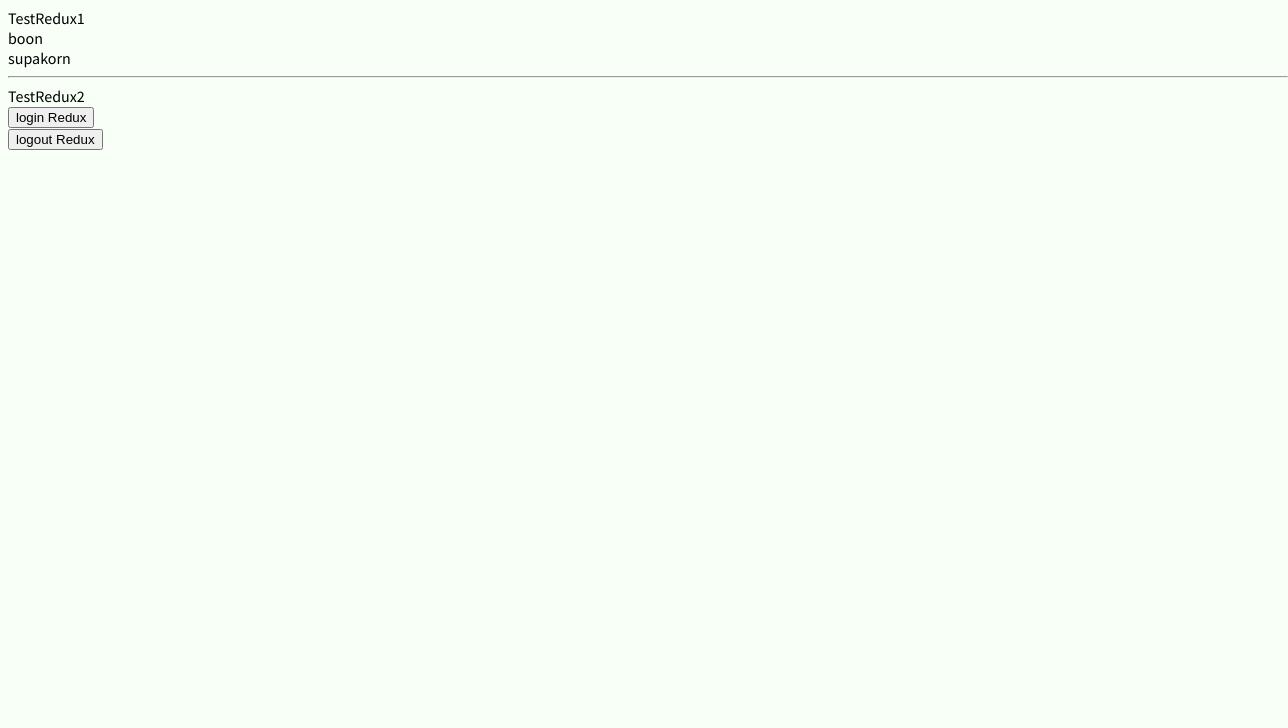
Repository: supakorn5039-boon/MERN
Page: /admin/viewtable (app in client/)
The author's editor kept a copy of each file at every save. The page is drawn from the files as they stood at one save, then again after the next save.
The browser window is 1280 px wide. The page is 1288 px wide, so the pictures cover 1288 px, including what lies to the right of the window. The pictures show the whole page.
The page's requests for data from a server got no answer. The project was rebuilt for these pictures with package versions that can differ from the ones it lists, and the page was loaded fresh each time. No one was signed in, and anything a server would have sent is missing. Also part of the build but not shown: client/src/App.css, client/src/firebase.js, client/src/functions/product.js, client/src/components/FormProduct.js, client/src/components/FormEditProducts.js, client/src/layout/HeaderBar.js, client/src/layout/SideBar.js.

Above is the page before, as saved 2023-11-01 15:58:55.

### client/src/index.js
import React from "react";
import ReactDOM from "react-dom/client";
import "./index.css";
import App from "./App";
import reportWebVitals from "./reportWebVitals";

import { store } from "./store/store";
import { Provider } from "react-redux";

const root = ReactDOM.createRoot(document.getElementById("root"));
root.render(
  <React.StrictMode>
    <Provider store={store}>
      <App />
    </Provider>
  </React.StrictMode>
);

// If you want to start measuring performance in your app, pass a function
// to log results (for example: reportWebVitals(console.log))
// or send to an analytics endpoint. Learn more: https://bit.ly/CRA-vitals
reportWebVitals();

### client/src/index.css
@import url("https://fonts.googleapis.com/css2?family=Source+Sans+Pro:wght@400;600;700&display=swap");

html,
body,
#root,
.app,
.content {
  height: 100%;
  width: 100%;
  font-family: "Source Sans Pro", sans-serif;
  background-color: #f7fff7;
  overflow: hidden;
}
.content_body {
  background-color: rgb(223, 255, 216);
  width: 100%;
  height: 90%;
  overflow: scroll;
}
.app {
  display: flex;
  position: relative;
}
.menu-bars {
  text-decoration: none;
  color: #000;
}
::-webkit-scrollbar {
  width: 10px;
}

::-webkit-scrollbar-track {
  background: #e0e0e0;
}

::-webkit-scrollbar-thumb {
  background: #888;
}

::-webkit-scrollbar-thumb:hover {
  background: #555;
}

### client/src/App.jsx
import "./App.css";
import { BrowserRouter, Route, Routes } from "react-router-dom";
import FormProduct from "./components/FormProduct";
import FormEditProducts from "./components/FormEditProducts";

//Layout

import HeaderBar from "./layout/HeaderBar";
import SideBar from "./layout/SideBar";
import { CssBaseline, Box } from "@mui/material";
import TestRedux1 from "./components/TestRedux1";
import TestRedux2 from "./components/TestRedux2";

function App() {
  return (
    <BrowserRouter>
      <>
        {/* <CssBaseline />
        <div className="app">
          <SideBar />
          <main className="content">
            <HeaderBar />
            <div className="content_body">
              <Box m="20px">
                <Routes>
                  <Route path="/admin/viewtable" element={<FormProduct />} />
                  <Route path="/edit/:id" element={<FormEditProducts />} />
                </Routes>
              </Box>
            </div>
          </main>
        </div> */}

        <TestRedux1 />
        <hr />
        <TestRedux2 />
      </>
    </BrowserRouter>
  );
}

export default App;

### client/src/store/store.jsx
import { configureStore } from "@reduxjs/toolkit";

import userSlice from "./UserSlice";

export const store = configureStore({
  reducer: {
    user: userSlice,
  },
});

### client/src/components/TestRedux1.jsx
import React from "react";
import { useSelector } from "react-redux";

export default function TestRedux1() {
  const { user } = useSelector((state) => ({ ...state }));

  console.log("user", user);
  return (
    <div>
      TestRedux1
      <br />
      {user.value}
      <br />
      {user.user}
    </div>
  );
}

### client/src/components/TestRedux2.jsx
import React from "react";
import { useDispatch } from "react-redux";
import { login, logout } from "../store/UserSlice";

export default function TestRedux2() {
  const dispatch = useDispatch();
  return (
    <div>
      TestRedux2
      <br />
      <button onClick={() => dispatch(login())}>login Redux</button>
      <br />
      <button onClick={() => dispatch(logout())}>logout Redux</button>
    </div>
  );
}

### client/src/store/UserSlice.jsx
import { createSlice } from "@reduxjs/toolkit";

const initialState = {
  value: "boon",
  user: "supakorn",
};

export const userSlice = createSlice({
  name: "user",
  initialState,
  reducers: {
    login: (state) => {
      state.value = "boon login";
      state.user = "Hello Supakorn";
    },
    logout: (state) => {
      state.value = "boon logout";
    },
    incrementByAmount: (state, action) => {
      state.value += action.payload;
    },
  },
});

// Action creators are generated for each case reducer function
export const { login, logout, incrementByAmount } = userSlice.actions;

export default userSlice.reducer;

Loaded but not shown: client/public/index.html (common file); client/src/reportWebVitals.js (common file)

After the next save:
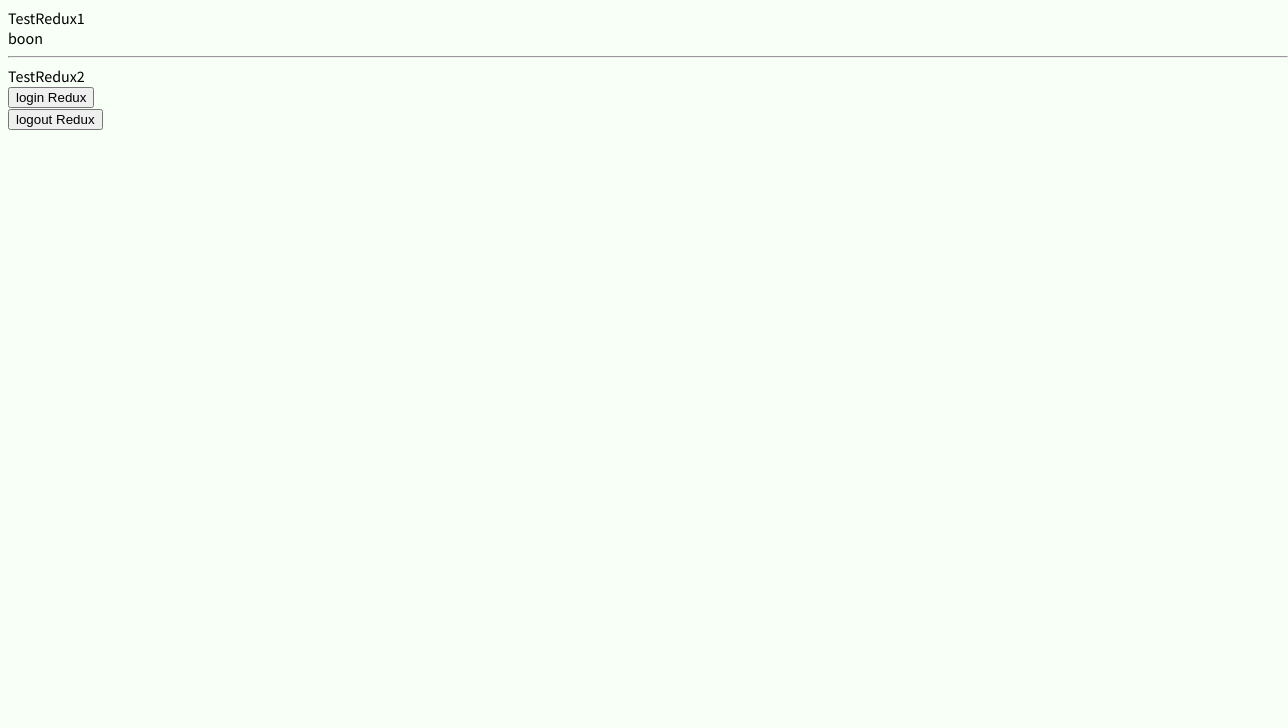
Saved 50 s later.
--- a/client/src/store/UserSlice.jsx
+++ b/client/src/store/UserSlice.jsx
@@ -2,7 +2,7 @@ import { createSlice } from "@reduxjs/toolkit";
 
 const initialState = {
   value: "boon",
-  user: "supakorn",
+  user: [],
 };
 
 export const userSlice = createSlice({
